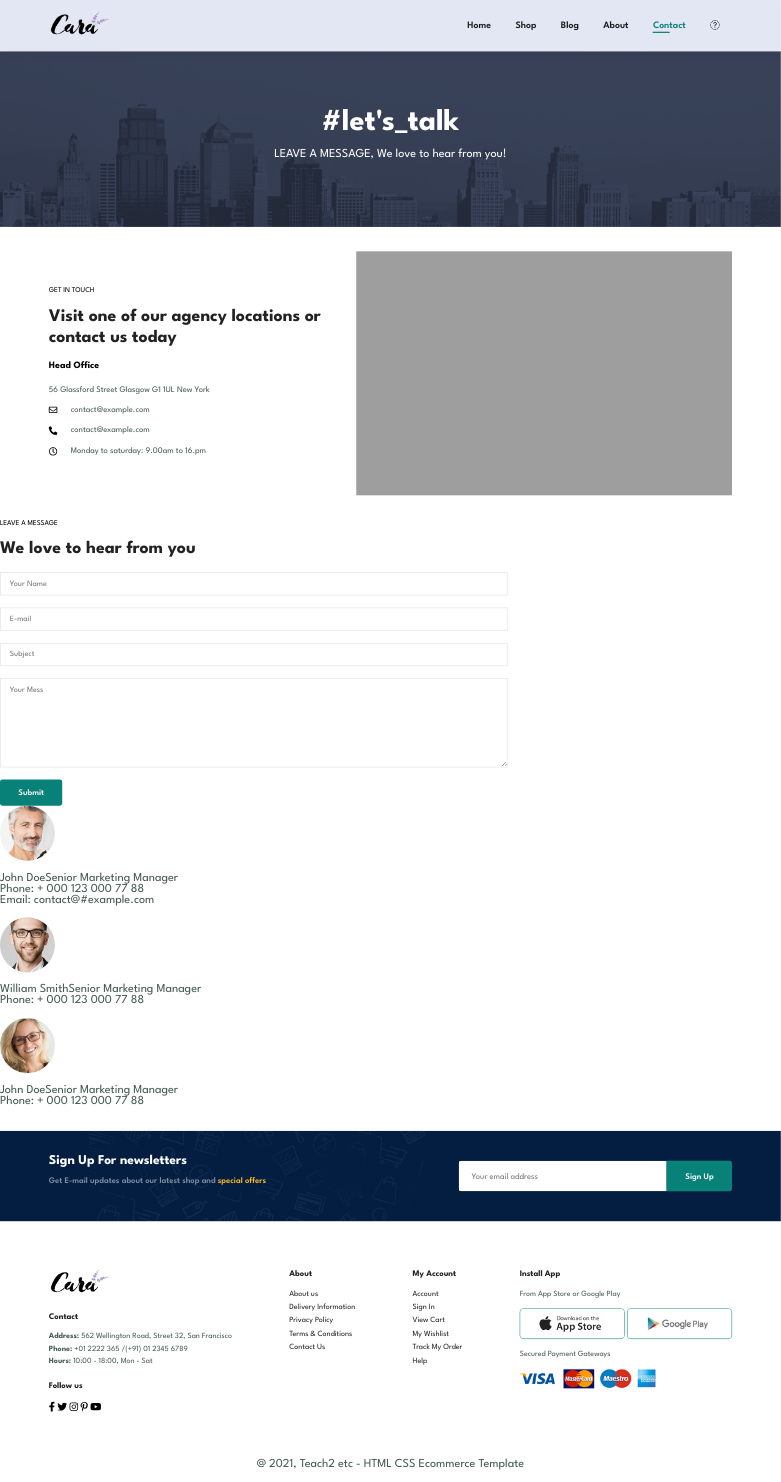
Repository: quy261001/cara
Page: contact.html
An editor plug-in stored every save of this project. The page is shown before and after the next save, followed by the edit.
The browser window is 1280 px wide. The pictures show the whole page, at 61% of full size.
Pictures or frames that could not be fetched are drawn as grey boxes.

Above is the page before, as saved 2022-05-04 17:28:56.

### contact.html
<!DOCTYPE html>
<html lang="en">
<head>
  <meta charset="UTF-8">
  <meta http-equiv="X-UA-Compatible" content="IE=edge">
  <meta name="viewport" content="width=device-width, initial-scale=1.0">
  <link rel="stylesheet" href="style.css">
  <title>Cara Contact</title>
</head>
<body>
  <section class="header">
    <a href="#"><img src="img/logo.png" class="logo" alt=""></a>

    <div>
      <ul class="navbar">
        <li><a href="index.html">Home</a></li>
        <li><a href="shop.html">Shop</a></li>
        <li><a href="blog.html">Blog</a></li>
        <li><a href="about.html">About</a></li>
        <li><a class="active" href="contact.html">Contact</a></li>
        <li class="lg-bag"><a href="cart.html"><i class="far fa-shopping-bag"></i></a></li>
        <a href="#" class="close"><i class="far fa-times"></i></a>
      </ul>
    </div>
    <div class="mobile">
      <a href="cart.html"><i class="menu far fa-shopping-bag"></i></a>
      <div class="bar">
        <i class=" fas fa-outdent"></i>
      </div>
    </div>
  </section>

  <section class="page-header about-header">
    <h2>#let's_talk</h2>
    <p>LEAVE A MESSAGE, We love to hear from you!</p>
  </section>

  <section class="contact-details section-p1">
    <div class="details">
        <span>GET IN TOUCH</span>
        <h2>Visit one of our agency locations or contact us today</h2>
        <h3>Head Office</h3>
        <div>
          <li>
            <i class="fal fa-map"></i>
            <p>56 Glassford Street Glasgow G1 1UL New York </p>
          </li>
          <li>
            <i class="far fa-envelope"></i>
            <p>contact@example.com</p>
          </li>
          <li>
            <i class="fas fa-phone-alt"></i>
            <p>contact@example.com</p>
          </li>
          <li>
            <i class="far fa-clock"></i>
            <p>Monday to saturday: 9.00am to 16.pm</p>
          </li>
        </div>
    </div>
    <div class="map">
      <iframe src="https://www.google.com/maps/embed?pb=!1m18!1m12!1m3!1d3826.323943317324!2d107.59053391528694!3d16.45912673324157!2m3!1f0!2f0!3f0!3m2!1i1024!2i768!4f13.1!3m3!1m2!1s0x3141a13f462a1445%3A0x1b70ba6cb49fb526!2zVHLGsOG7nW5nIMSQ4bqhaSBo4buNYyBLaG9hIGjhu41jIEh14bq_!5e0!3m2!1svi!2s!4v1651658329272!5m2!1svi!2s" width="600" height="450" style="border:0;" allowfullscreen="" loading="lazy" referrerpolicy="no-referrer-when-downgrade"></iframe>
    </div>
  </section>

  <section class="form-details">
    <form action="">
      <span>LEAVE A MESSAGE</span>
      <h2>We love to hear from you</h2>
      <input type="text" placeholder="Your Name">
      <input type="email" placeholder="E-mail">
      <input type="text" placeholder="Subject">
      <textarea name="" id="" cols="30" rows="10" placeholder="Your Mess"></textarea>
      <button class="normal">Submit</button>
    </form>
    <div class="people">
      <div>
        <img src="img/people/1.png" alt="">
        <p><span>John Doe</span>Senior Marketing Manager <br>Phone: + 000 123 000 77 88<br> Email: contact@#example.com</p>
      </div>
      <div>
        <img src="img/people/2.png" alt="">
        <p><span>William Smith</span>Senior Marketing Manager <br>Phone: + 000 123 000 77 88<br></p>
      </div>
      <div>
        <img src="img/people/3.png" alt="">
        <p><span>John Doe</span>Senior Marketing Manager <br>Phone: + 000 123 000 77 88<br></p>
      </div>
    </div>
  </section>

  <section class="newsletter section-p1 section-m1">
    <div class="newstext">
        <h4>Sign Up For newsletters</h4>
        <p>Get E-mail updates about our latest shop and <span>special offers</span></p>
    </div>
    <div class="form">
      <input type="text" placeholder="Your email address">
      <button class="normal">Sign Up </button>
    </div>
</section>

  <footer class="section-p1">
    <div class="col">
      <img class="logo" src="img/logo.png" alt="">
      <h4>Contact</h4>
      <p><strong>Address: </strong>562 Wellington Road, Street 32, San Francisco</p>
      <p><strong>Phone: </strong>+01 2222 365 /(+91) 01 2345 6789</p>
      <p><strong>Hours: </strong>10:00 - 18:00, Mon - Sat</p>
      <div class="follow">
        <h4>Follow us</h4>
        <div class="icon">
          <i class="fab fa-facebook-f"></i>
          <i class="fab fa-twitter"></i>
          <i class="fab fa-instagram"></i>
          <i class="fab fa-pinterest-p"></i>
          <i class="fab fa-youtube"></i>
        </div>
      </div>
    </div>

    <div class="col">
      <h4>About</h4>
      <a href="#">About us</a>
      <a href="#">Delivery Information</a>
      <a href="#">Privacy Policy</a>
      <a href="#">Terms & Conditions</a>
      <a href="#">Contact Us</a>
    </div>

    <div class="col">
      <h4>My Account</h4>
      <a href="#">Account</a>
      <a href="#">Sign In</a>
      <a href="#">View Cart</a>
      <a href="#">My Wishlist</a>
      <a href="#">Track My Order</a>
      <a href="#">Help</a>
    </div>

    <div class="col install">
      <h4>Install App</h4>
      <p>From App Store or Google Play</p>
      <div class="row">
        <img src="img/pay/app.jpg" alt="">
        <img src="img/pay/play.jpg" alt="">
      </div>
      <p>Secured Payment Gateways</p>
      <img src="img/pay/pay.png" alt="">
    </div>
  </footer>
  <section>
    <div class="copyright">
      <p>@ 2021, Teach2 etc - HTML CSS Ecommerce Template</p>
    </div>
  </section>
  <script src="script.js"></script>
  <script defer src="https://pro.fontawesome.com/releases/v5.15.4/js/all.js"></script>
</body>
</html>

### style.css
@import url('https://fonts.googleapis.com/css2?family=League+Spartan:wght@100;200;300;400;500;600;700;800;900&display=swap');
* {
  margin: 0;
  padding: 0;
  box-sizing: border-box;
  font-family: 'League Spartan', sans-serif;
}
h1 {
  font-size: 54px;
  line-height: 64px;
  color: #222;
}
h2 {
  font-size: 50px;
  line-height: 53px;
  color: #222;
}
h4 {
  font-size: 24px;
  color: #222;
}
h6 {
  font-weight: 700;
  font-size: 16px;
}
p {
  font-size: 20px;
  color: #465b52;
  margin: 15px 0 20px 0;
}
.section-p1 {
  padding: 40px 80px;
}
.section-m1 {
  margin: 40px 0;
}
button.normal {
  font-size: 14px;
  font-weight: 600;
  padding: 15px 30px;
  color: #000;
  background-color: #fff;
  border-radius: 4px;
  cursor: pointer;
  border: none;
  outline: none;
  transition: 0.2s;
}
button.while {
  font-size: 13px;
  font-weight: 600;
  padding: 11px 22px;
  color: #000;
  background-color: transparent;
  cursor: pointer;
  border: 1px solid #fff;
  outline: none;
  transition: 0.2s;
}
body {
  width: 100%;
}

/* Header-start */
.header {
  display: flex;
  justify-content: space-between;
  align-items: center;
  padding: 20px 80px;
  background-color: #E3E6F3;
  box-shadow: 0 5px 15px rgba(0, 0, 0, 0.06);
  z-index: 999;
  position: sticky;
  top: 0;
  left: 0;
}

.navbar {
  display: flex;
  align-items: center;
  justify-content: center;
}

.navbar li {
  list-style: none;
  padding: 0 20px;
  position: relative;
}

.navbar li a {
  text-decoration: none;
  font-size:16px;
  font-weight: 600;
  color: #1a1a1a;
  transition: 0.3s ease;
}

.navbar li a:hover,
.navbar li a.active {
  color: #088178;
}

.navbar li a.active::after,
.navbar li a:hover::after {
  content: "";
  width: 30%;
  height: 2px;
  background-color: #088178;
  position: absolute;
  bottom: -4px;
  left: 20px;
}
.mobile {
  display: none;
  align-items: center;
}
.close {
  display: none;
}
/* Home page */
.hero {
  background-image: url("img/hero4.png");
  height: 90vh;
  width: 100%;
  background-position: top 25% right 0;
  background-size: cover;
  display: flex;
  justify-content: center;
  align-items: flex-start;
  flex-direction: column;
  padding: 0 80px;
}

.hero h4 {
  padding-bottom: 15px;
}

.hero h1 {
  color: #088178;
}

.hero button {
  background-image: url("img/button.png");
  background-color: transparent;
  color: #088178;
  border: 0;
  padding: 14px 80px 14px 80px;
  background-repeat: no-repeat;
  cursor: pointer;
  font-weight: 700;
}

.feature {
  display: flex;
  align-items: center;
  justify-content: space-between;
  flex-wrap: wrap;
}

.feature .fe-box {
   width: 180px;
   text-align: center;
   padding: 25px 15px;
   box-shadow: 20px 20px 34px rgba(0, 0, 0, 0.03);
   border: 1px solid #cce7d0;
   border-radius: 4px;
   margin: 15px 0;
}

.feature .fe-box:hover {
  box-shadow: 10px 10px 54px rgba(70, 62, 221, 0.1);
}
.feature .fe-box img {
  width: 100%;
  margin-bottom: 10px;
}
.feature .fe-box h6 {
  display: inline-block;
  padding: 9px 8px 6px 8px;
  line-height: 1;
  border-radius: 4px;
  color: #088178;
  background-color: #fddde4;
}
.feature .fe-box:nth-child(2) h6 {
  background-color: #cdebbc;
}
.feature .fe-box:nth-child(3) h6 {
  background-color: #d1e8f2;
}
.feature .fe-box:nth-child(4) h6 {
  background-color: #cdd4f8;
}
.feature .fe-box:nth-child(5) h6 {
  background-color: #f6dbf6;
}
.feature .fe-box:nth-child(6) h6 {
  background-color: #fff2e5;
}

.product1 {
  text-align: center;
}
.product1 .pro-container {
  display: flex;
  justify-content: space-between;
  flex-wrap: wrap;
  padding-top: 20px;
}
.product1 .pro {
  position: relative;
  width: 23%;
  min-width: 250px;
  padding: 10px 12px;
  border: 1px solid #cce70d;
  border-radius: 25px;
  cursor: pointer;
  box-shadow: 20px 20px 30px rgba(0, 0, 0, 0.02);
  margin: 15px 0;
  transition: 0.2s ease;
}
.product1 .pro:hover {
  box-shadow: 20px 20px 30px rgba(0, 0, 0, 0.06);
}
.product1 .pro img {
  width: 100%;
  border-radius: 20px;
}
.product1 .pro .des {
  text-align: start;
  padding: 10px 0;
}
.product1 .pro .des span {
  color: #606063;
  font-size: 12px;
}
.product1 .pro .des h5 {
  padding-top: 7px;
  color: #1a1a1a;
  font-size: 14px;
}
.star {
  font-size: 12px;
  color: rgb(243, 181, 25);
}
.product1 .pro .des h4 {
  padding-top: 7px;
  font-size: 15px;
  font-weight: 700;
  color: #088178;
}
.product1 .pro .cart {
  width: 40px;
  height: 40px;
  line-height: 40px;
  border-radius: 50px;
  background-color: #e8f6ea;
  font-weight: 500;
  color: #088178;
  border: 1px solid #cce7d0;
  padding: 10px;
  position: absolute;
  bottom: 20px;
  right: 10px;
}

.banner {
  display: flex;
  flex-direction: column;
  justify-content: center;
  align-items: center;
  background-image: url("img/banner/b2.jpg");
  width: 100%;
  height: 40vh;
  background-size: cover;
  background-position: center;
}
.banner h4 {
  color: #fff;
  font-size: 16px;
}
.banner h2 {
  color: #fff;
  font-size: 30px;
  padding: 10px 0;
}
.banner h2 span {
  color: #ef3636;
}
.banner button:hover {
  background: #088178;
  color: #fff;
}

.sm-banner {
  display: flex;
  justify-content: space-between;
  flex-wrap: wrap;
}

.sm-banner .banner-box {
  display: flex;
  flex-direction: column;
  justify-content: center;
  align-items: flex-start;
  text-align: center;
  background-image: url("img/banner/b17.jpg");
  min-width: 49%;
  height: 50vh;
  background-size: cover;
  background-position: center;
  padding: 30px;
}
.sm-banner .banner-box2 {
  background-image: url("img/banner/b10.jpg");
}
.sm-banner h4 {
  color: #fff;
  font-size: 30px;
  font-weight: 300;
}
.sm-banner h2 {
  color: #fff;
  font-size: 38px;
  font-weight: 800;
}
.sm-banner span {
  color: #fff;
  font-size: 24px;
  font-weight: 500;
  margin-bottom: 15px;
}
.sm-banner .banner-box:hover button {
  background-color: #088178;
  border: 1px solid #088178;
}

.banner3 {
  display: flex;
  justify-content: space-between;
  flex-wrap: wrap;
}

.banner3 .banner-box {
  display: flex;
  flex-direction: column;
  justify-content: center;
  align-items: flex-start;
  text-align: center;
  background-image: url("img/banner/b7.jpg");
  min-width: 30%;
  height: 30vh;
  background-size: cover;
  background-position: center;
  padding: 20px;
  margin-bottom: 20px;
}

.banner3 .banner-box2 {
  background-image: url("img/banner/b4.jpg");
}

.banner3 .banner-box3 {
  background-image: url("img/banner/b18.jpg");
}

.banner3 h2 {
  color: #fff;
  font-weight: 900;
  font-size: 22px;
}

.banner3 h3 {
  color: #ec544e;
  font-weight: 800;
  font-size: 15px;
}

.newsletter {
  display: flex;
  justify-content: space-between;
  flex-wrap: wrap;
  align-items: center;
  background-image: url("img/banner/b14.png");
  background-repeat: no-repeat;
  background-position: 20% 30%;
  background-color: #041e42;
}
.newsletter h4 {
  font-size: 22px;
  font-weight: 700;
  color: #fff;
}
.newsletter p {
  font-size: 14px;
  font-weight: 600;
  color: #818ea0;
}
.newsletter p span {
  color: #ffbd27;
}

.newsletter .form {
  display: flex;
  width: 40%;
}

.newsletter input {
  height: 3.125rem;
  width: 24.125rem;
  padding: 0 1.25rem;
  font-size: 14px;
  border: 1px solid transparent;
  border-radius: 4px;
  outline: none;
  border-top-right-radius: 0;
  border-bottom-right-radius: 0;
}
.newsletter button {
  background-color: #088178;
  color: #fff;
  white-space: nowrap;
  padding:18px 30px;
  border-top-left-radius: 0;
  border-bottom-left-radius: 0;
}

footer {
  display: flex;
  flex-wrap: wrap;
  justify-content: space-between;
}
footer .col {
  display: flex;
  flex-direction: column;
  align-items: flex-start;
  margin-bottom: 20px;
}
footer .logo {
    margin-bottom: 30px;
}
footer h4 {
  font-size: 14px;
  margin-bottom: 20px;
}
footer p {
  font-size: 13px;
  margin: 0 0 8px 0;
}
footer a  {
  font-size: 13px;
  text-decoration: none;
  color: #222;
  margin-bottom: 10px;
}
footer .follow {
  margin-top: 20px;
}
footer .follow i {
  color: #456b52;
  padding-right: 4px;
  cursor: pointer;
}
footer .install .row img {
  border: 1px solid #088178;
  border-radius: 6px;
}
footer .install img {
  margin: 10px 0 15px 0;
}
footer .folow i:hover,
footer a:hover {
  color: #088178;
}
.copyright {
  width: 100%;
  text-align: center;
}

/* Shop page */
.page-header {
  background-image: url("img/banner/b1.jpg");
  height: 100%;
  height: 40vh;
  background-size: cover;
  display: flex;
  justify-content: center;
  align-items: center;
  flex-direction: column;
  padding: 14px;
}
.page-header h2,
.page-header p {
  color: #fff;

}
.pagination {
  text-align: center;
}
.pagination a {
  text-decoration: none;
  background-color: #088178;
  padding: 15px 20px;
  border-radius: 4px;
  color: #fff;
  font-weight: 600;
}
.pagination .next {
  font-size: 16px;
}

/* Single Product  */
.prodetails {
  display: flex;
  margin-top: 20px;
}
.prodetails .single-pro-image {
  width: 40%;
  margin-right: 50px;
}

.small-img-group {
  display: flex;
  justify-content: space-between;

}
.small-img-col {
  flex-basis: 24%;
  cursor: pointer;
}
.prodetails .single-pro-details {
  width: 50%;
  padding-top: 30px;
}
.prodetails .single-pro-details h4 {
  padding: 40px 0 20px 0;
}
.prodetails .single-pro-details h2 {
  font-size: 26px;
}
.prodetails .single-pro-details select {
  display: block;
  padding: 5px 10px;
  margin-bottom: 10px;
}
.prodetails .single-pro-details input {
  width: 50px;
  height: 47px;
  padding-left: 10px;
  font-size: 16px;
  margin-right: 10px;
}
.prodetails .single-pro-details input:focus {
  outline: none;
}
.prodetails .single-pro-details button {
  background-color: #088178;
  color: #fff;
}
.prodetails .single-pro-details span {
  line-height: 25px;
}

/* Blog page */
.blog-header {
  background-image: url("img/banner/b19.jpg");
}
.blog {
  padding: 150px 150px 0 150px;
}
.blog .blog-box {
  position: relative;
  display: flex;
  align-items: center;
  width: 100%;
  padding-bottom: 90px;
}
.blog .blog-img {
  width: 50%;
  margin-right: 40px;
}
.blog img {
  width: 100%;
  height: 350px;
  object-fit: cover;
}
.blog .blog-details {
  width: 50%;
}
.blog .blog-details a{
  text-decoration: none;
  font-size: 14px;
  color: #000;
  position: relative;
  transition: 0.3s;
}
.blog .blog-details a::after {
  content: "";
  width: 50px;
  height: 1px;
  background-color: #000;
  position: absolute;
  top: 4px;
  right: -60px;
}
.blog .blog-details a:hover {
  color: #088178;
}

.blog .blog-details a:hover::after {
  background-color: #088178;
}
.blog .blog-box h1 {
  position: absolute;
  top: -40px;
  left: 0;
  font-size: 70px;
  font-weight: 700;
  color: #c9cbce;
  z-index: -9;
}

/* About Page */
.about-header {
  background-image: url("img/about/banner.png");
}
.about-head {
  display: flex;
  align-items: center;
}
.about-head img {
  width: 50%;
  align-items: center;
}
.about-head div {
  padding-left: 40px;
}

.about-app {
  text-align: center;
}
.about-app .video {
  width: 70%;
  height: 100%;
  margin: 30px auto 0 auto;
}
.about-app .video video {
  width: 100%;
  height: 100%;
  border-radius: 20px;
}

 /* Contact Page */
 .contact-details {
   display: flex;
   align-items: center;
   justify-content: space-between;
 }
 .contact-details .details {
   width: 40%;
 }
 .contact-details .details span,
 .form-details form span {
  font-size: 12px;
 }
 .contact-details .details h2,
 .form-details form h2 {
   font-size: 29px;
   line-height: 35px;
   padding: 20px 0;
 }
 .contact-details .details h3 {
  font-size: 16px;
  padding-bottom: 15px;
}
.contact-details .details li {
  list-style: none;
  display: flex;
  padding: 10px 0;
}
.contact-details .details li svg {
  font-size: 14px;
  margin-right: 22px;
}
.contact-details .details li p {
  margin: 0;
  font-size: 14px;
}
.contact-details .map {
  width: 55%;
  height: 400px;
}
.contact-details .map iframe {
  width: 100%;
  height: 100%;
}
.form-details form {
  width: 65%;
  display: flex;
  flex-direction: column;
  align-items: flex-start;
}
.form-details form input,
.form-details form textarea {
  width: 100%;
  padding: 12px 15px;
  outline: none;
  margin-bottom: 20px;
  border: 1px solid #e1e1e1;
}
.form-details form button {
  background-color: #088178;
  color: #fff;
}
/* Start Media Query */

@media (max-width: 799px) {
  /* .section-p1 {
    padding: 40px 40px;
  } */
  .navbar {
    display: flex;
    flex-direction: column;
    align-items: flex-start;
    justify-content: flex-start;
    position: fixed;
    top: 0;
    right: -300px;
    height: 100vh;
    width: 300px;
    background-color: #E3E6F3;
    box-shadow: 0 40px 60px rgba(0, 0, 0, 0.1);
    padding: 80px 0 0 10px;
    transition: 0.3s;
  }
    .active {
    right: 0px;
  }
  .navbar li {
    margin-bottom: 25px;
  }
  .mobile {
    display: flex;
    align-items: center;
  }
  .mobile .menu {
    /* display: none; */
    color: #1a1a1a;
    font-size: 20px;
    margin-right: 20px;
  }
  .mobile .bar {
    color: #1a1a1a;
    font-size: 20px;
    padding-left: 10px;
  }
  .close {
    display: block;
    position: absolute;
    top: 30px;
    left: 30px;
    color: #222;
    font-size: 24px;
  }
  .lg-bag {
    display: none;
  }
  .hero {
    height: 70vh;
    padding: 0 80px;
    background-position: top 30% right 30%;
  }
  /* .feature {
    justify-content: center;
  }
  .feature .fe-box {
    margin: 15px 15px;
  } */
  .banner {
    height: 20vh;
  }
  .sm-banner .banner-box {
    min-width: 100%;
    height: 30vh;

  }
  .banner3 {
    padding: 0 40px;
  }
  .banner3 .banner-box {
    width: 28%;
  }
  .newsletter .form{
    width: 70%;
  }
}

@media (max-width: 477px) {
  .bar svg {
    pointer-events: none;
  }
  .section-p1 {
    padding: 20px;
  }
  .header {
    padding: 10px 30px;
  }
  h1 {
    font-size: 38px;
  }
  h2 {
    font-size: 32px;
  }
  .hero {
    padding: 0 20px;
    background-position: 55%;
  }
  .feature .fe-box {
    width: 155px;
    margin: 0 0 15px 0;
  }
  .product1 .pro {
    width: 100%;
  }
  .banner {
    height: 40vh;
  }
  .banner h2 {
    text-align: center;
  }
  .sm-banner .banner-box {
    height: 40vh;
  }
  .sm-banner .banner-box2 {
    margin-top: 20px;
  }
  .banner3 {
    padding: 0 20px;
  }
  .banner3 .banner-box {
    width: 100%;
  }
  .newsletter {
    padding: 40px 20px;
  }
  .newsletter .form {
    width: 100%;
  }
  .navbar {
    width: 240px;
  }

  /* Single Product */
  .page-header {
    background-position: top 0 right 50%;
  }
  .prodetails {
    display: flex;
    flex-direction: column;
  }
  .prodetails .single-pro-image {
    width: 100%;
    margin-right: 0px;
  }
  .prodetails .single-pro-details {
    width: 100%;
  }
  /* Blog page */
  .blog {
    padding: 100px 20px 0 20px;
  }
  .blog .blog-box {
    display: flex;
    flex-direction: column;
    align-items: flex-start;
  }
  .blog .blog-img {
    width: 100%;
    margin-right: 0;
    margin-bottom: 30px;
  }
  .blog .blog-details {
    width: 100%;
  }
  /* About Page  */
  .about-head {
    flex-direction: column;
  }
  .about-head img {
    margin-bottom: 20px;
    width: 100%;
  }
  .about-head div {
    padding-left: 0;
  }
  .about-app .video {
    width: 100%;
  }
}

### script.js
const bar = document.querySelector(".bar");
const nav = document.querySelector(".navbar");
const close = document.querySelector(".close");
console.log(bar)
console.log(nav)
if(bar) {
  bar.addEventListener("click", () => {
    nav.classList.add("active");
  })
}
if(close) {
  close.addEventListener("click", () => {
    nav.classList.remove("active");
  })
}

document.addEventListener("click", function(e) {
  if (!nav.contains(e.target) && !e.target.matches(".bar")) {
    nav.classList.remove("active")
  }
})

After the next save:
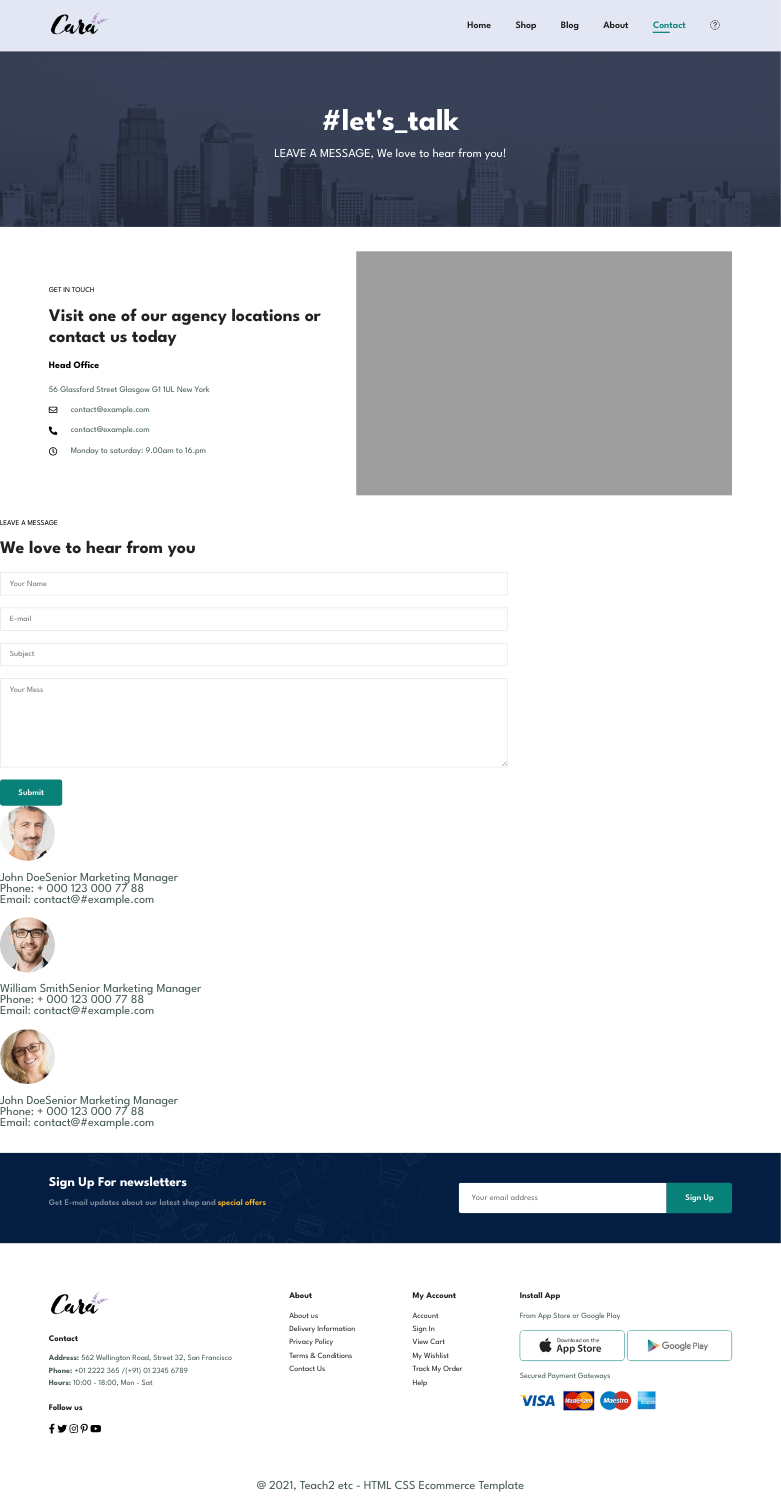
Saved 11 s later.
--- a/contact.html
+++ b/contact.html
@@ -81,11 +81,11 @@
       </div>
       <div>
         <img src="img/people/2.png" alt="">
-        <p><span>William Smith</span>Senior Marketing Manager <br>Phone: + 000 123 000 77 88<br></p>
+        <p><span>William Smith</span>Senior Marketing Manager <br>Phone: + 000 123 000 77 88<br>Email: contact@#example.com</p>
       </div>
       <div>
         <img src="img/people/3.png" alt="">
-        <p><span>John Doe</span>Senior Marketing Manager <br>Phone: + 000 123 000 77 88<br></p>
+        <p><span>John Doe</span>Senior Marketing Manager <br>Phone: + 000 123 000 77 88<br>Email: contact@#example.com</p>
       </div>
     </div>
   </section>
